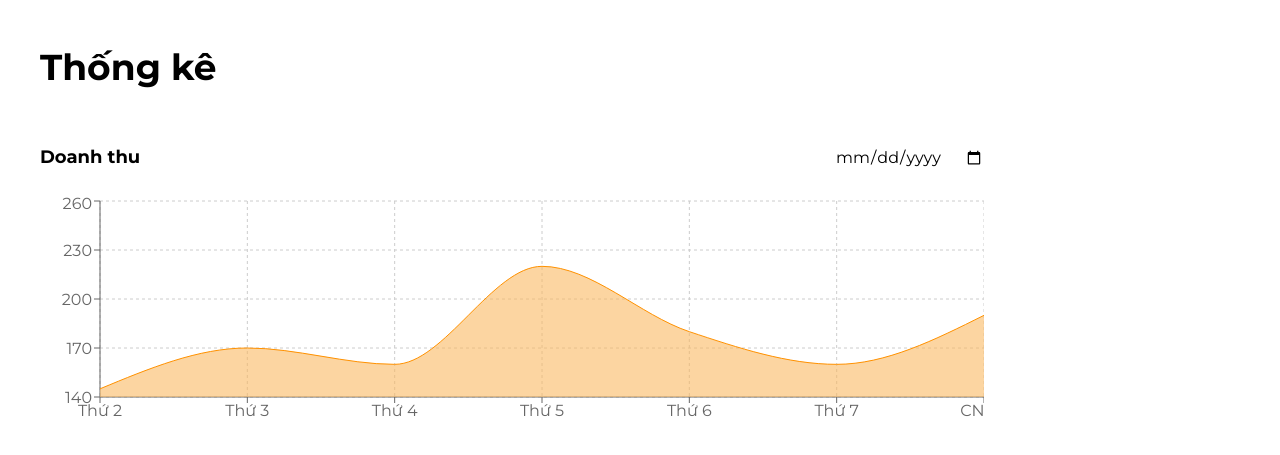
Repository: iphoneboy46/AltaMediaCMS
Page: /
These files come from the project's save history. The page is drawn as it stood at one moment and after the next save; the edit follows.
The browser window is 1280 px wide. The pictures show the whole page.
Some web libraries are served in a nearby version. The project was rebuilt for these pictures with package versions that can differ from the ones it lists, and the page was loaded fresh each time.

Above is the page before, as saved 2023-03-26 22:30:57.

After the next save:
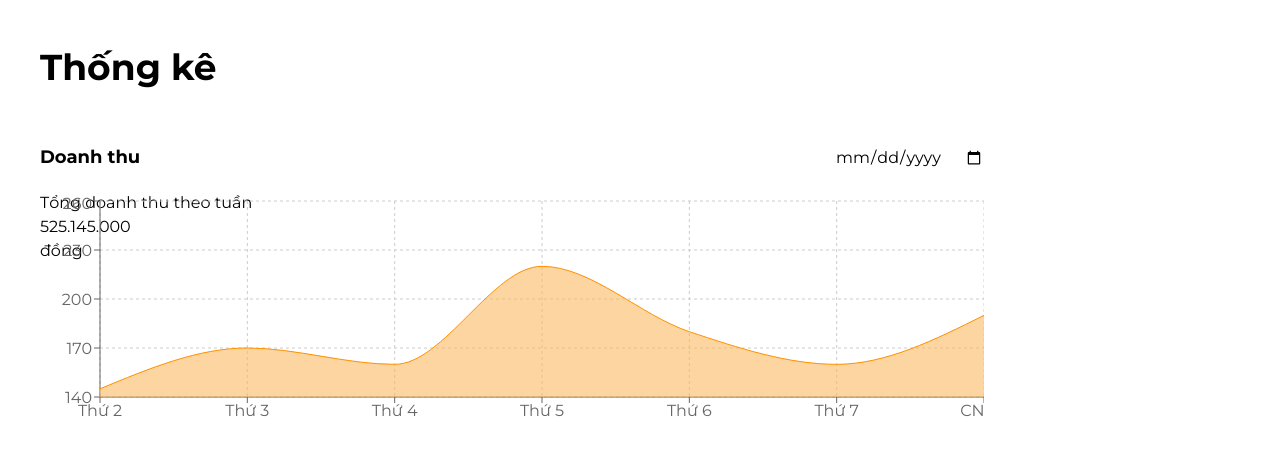
Saved 2 min 28 s later.
--- a/src/components/Home/Home.tsx
+++ b/src/components/Home/Home.tsx
@@ -14,6 +14,10 @@ function Home() {
            </div>
         </div>
         <Charts />
+        <div className="di">
+          <h3>Tổng doanh thu theo tuần</h3>
+          <h1>525.145.000</h1> đồng
+        </div>
     </div>
   )
 }
